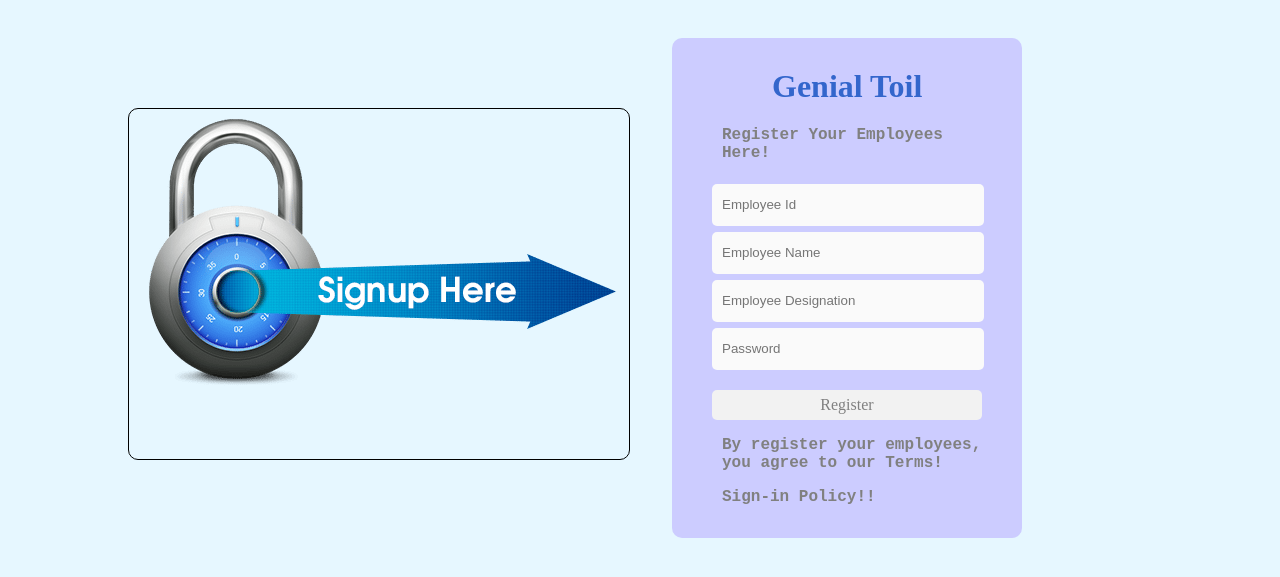
Repository: robin9533/Basic-Programs-App.
Page: GW-Genial Work Proj/GT_GenialToil/WebContent/EmployeeSignup.html
An editor plug-in stored every save of this project. The page is shown before and after the next save, followed by the edit.
The browser window is 1280 px wide. The pictures show the whole page.

Above is the page before, as saved 2019-05-10 13:01:16.

### GW-Genial Work Proj/GT_GenialToil/WebContent/EmployeeSignup.html
<!DOCTYPE html>
<html>
<head>
<meta charset="ISO-8859-1">
<title>Employee Registration Form</title>
<link rel="Stylesheet" type="text/css" href="EmployeeSignup.css">
</head>
<body>

	<div class="imgblock">
		<img src="signup.png">
	 </div>

	<div class="registrationblock">
		<h1>Genial Toil</h1>
		<h4>Register Your Employees Here!</h4>


		<Form action="EmployeeSignupServlet">

			<input type="text" name="empId" placeholder="Employee Id"> <input
				type="text" name="empName" placeholder="Employee Name"> <input
				type="text" name="empDes" placeholder="Employee Designation">
			<input type="password" name="empPass" placeholder="Password">
			<button type="button">Register</button>

			<h5>By register your employees, you agree to our Terms! </h5>
				<h5>Sign-in Policy!!</h5>

		</Form>
	</div>

</body>
</html>

### GW-Genial Work Proj/GT_GenialToil/WebContent/EmployeeSignup.css
@charset "ISO-8859-1";

body{
	background-color: #e6f7ff;
}
.registrationblock {
	height:500px;
	width: 350px;
	float:right;
	margin-top: 30px;
	margin-right: 250px;
	border-radius:10px;
	border:0px solid black;
	background-color: #ccccff;
}

.imgblock{
	height:350px;
	width: 500px;
	float:left;
	margin-top: 100px;
	margin-left: 120px;
	border-radius:10px;
	border:1px solid black;
}
.registrationblock input{
	width: 260px;
	height:40px;
	margin-bottom:6px;
	margin-left:40px;
	padding-left: 10px;
	color:graytext;
	background: #fafafa;
	border: none;
	border:0px solid gray;
	border-radius: 5px;

}
.registrationblock button{
	width:270px;
	height:30px;
	margin-left:40px;
	margin-top:14px;
	text-align: center;
	cursor: pointer;
	color:gray;
	font-family:inherit;
	font-size:16px;
	background: #f2f2f2;
	border-radius:5px;
	border: 0px solid #3897F0;
	}
.registrationblock h1{
	margin-top:30px;
	margin-left: 100px;
	font-family:inherit;
	color: #3366cc;
	cursor: default;
	}

.registrationblock h4{
	padding-left:50px;
	padding-right:40px;
	font-family:monospace;
	font-size:16px;
	color: grey;
	cursor: default;
	}
.registrationblock h5{
	padding-left:50px;
	padding-right:30px;
	margin:16px 0px 0px 0px;
	font-family:monospace;
	font-size:16px;
	color: grey;
	cursor: default;
	border: 0px solid black;
	}

After the next save:
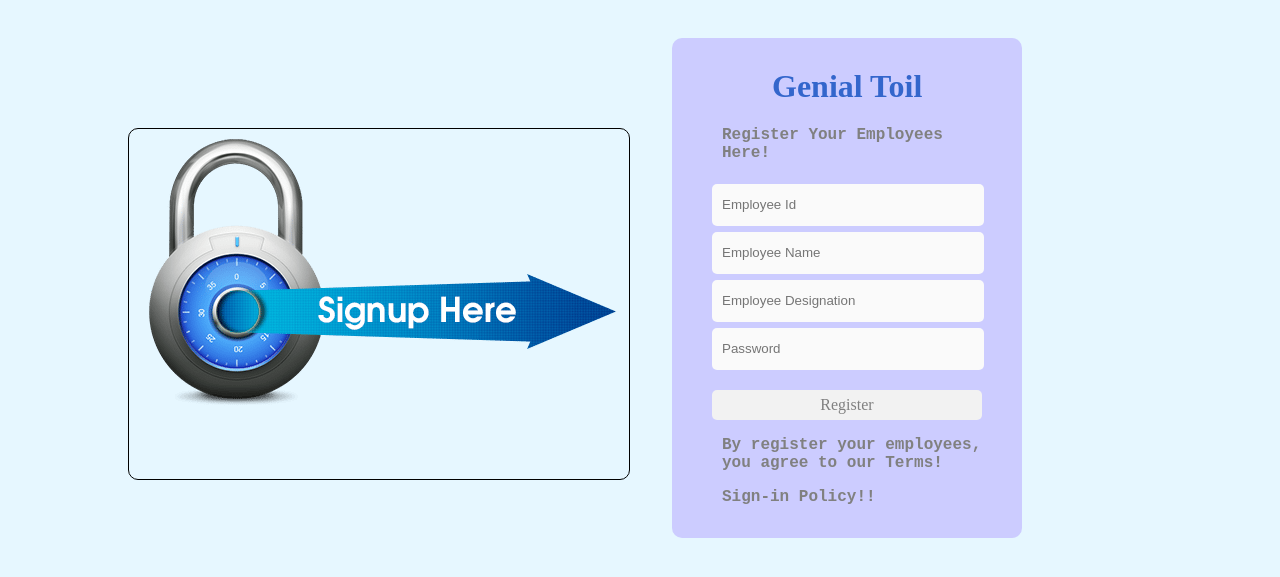
Saved 14 s later.
--- a/GW-Genial Work Proj/GT_GenialToil/WebContent/EmployeeSignup.css
+++ b/GW-Genial Work Proj/GT_GenialToil/WebContent/EmployeeSignup.css
@@ -18,7 +18,7 @@ body{
 	height:350px;
 	width: 500px;
 	float:left;
-	margin-top: 100px;
+	margin-top: 120px;
 	margin-left: 120px;
 	border-radius:10px;
 	border:1px solid black;
